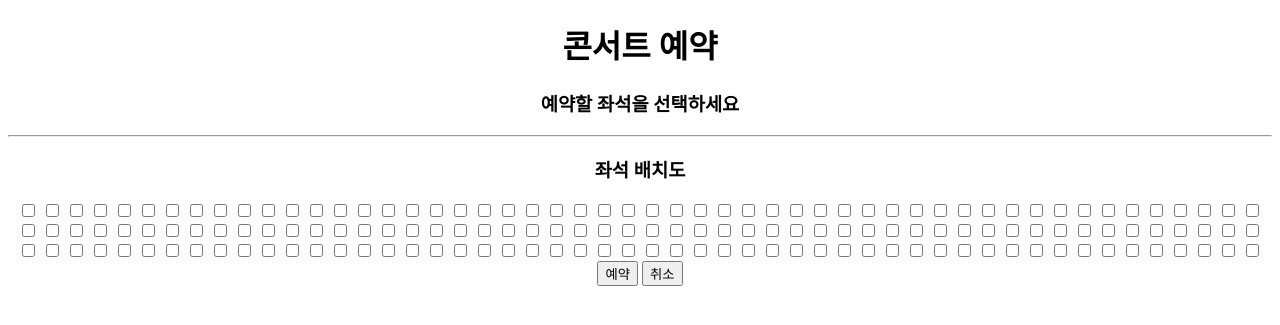
Repository: bbseok97/HTML
Page: http://localhost/jspbasic/application/reserve.jsp
An editor plug-in stored every save of this project. The page is shown before and after the next save, followed by the edit.
The browser window is 1280 px wide. The pictures show the whole page.
The page is served by Tomcat 9. Other server files are loaded and not shown.

Above is the page before, as saved 2024-04-09 03:02:36.

### jspbasic/src/main/webapp/application/reserve.jsp
<%@ page language="java" contentType="text/html; charset=UTF-8"
    pageEncoding="UTF-8"%>

<!DOCTYPE html>
<html>
	<head>
	<meta charset="UTF-8">
	<title>reserve.jsp</title>
	</head>
	<body>
		<div align=center>
		<h1>콘서트 예약</h1>
		<h3>예약할 좌석을 선택하세요</h3>

		<form action="reserv_ok.jsp" method="post">
		<hr>
		<h3>좌석 배치도</h3>
		<% for(int i=1; i <= 6; i++){ %>
			<%for(char c='A'; c <= 'Z'; c++){ %>
			<input type="checkbox" name="seat">
			<%} %>
		<%} %>

		<input type="submit" value="예약">
		<input type="submit" value="취소">
		</form>
		</div>
	</body>
</html>

After the next save:
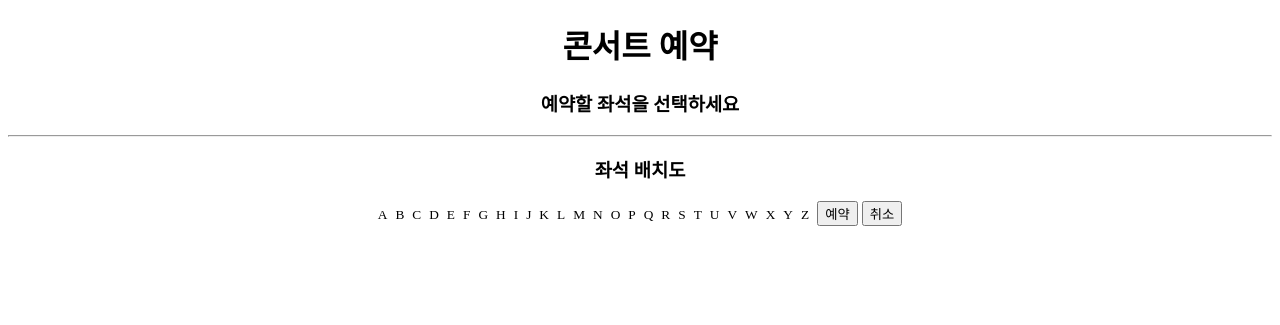
Saved 88 s later.
--- a/jspbasic/src/main/webapp/application/reserve.jsp
+++ b/jspbasic/src/main/webapp/application/reserve.jsp
@@ -11,15 +11,12 @@
 		<div align=center>
 		<h1>콘서트 예약</h1>
 		<h3>예약할 좌석을 선택하세요</h3>
-
+		<hr>
 		<form action="reserv_ok.jsp" method="post">
-		<hr>
 		<h3>좌석 배치도</h3>
-		<% for(int i=1; i <= 6; i++){ %>
 			<%for(char c='A'; c <= 'Z'; c++){ %>
-			<input type="checkbox" name="seat">
+			<small><%=c %></small>&nbsp;	<!-- nbsp : 띄어쓰기 -->
 			<%} %>
-		<%} %>
 
 		<input type="submit" value="예약">
 		<input type="submit" value="취소">
